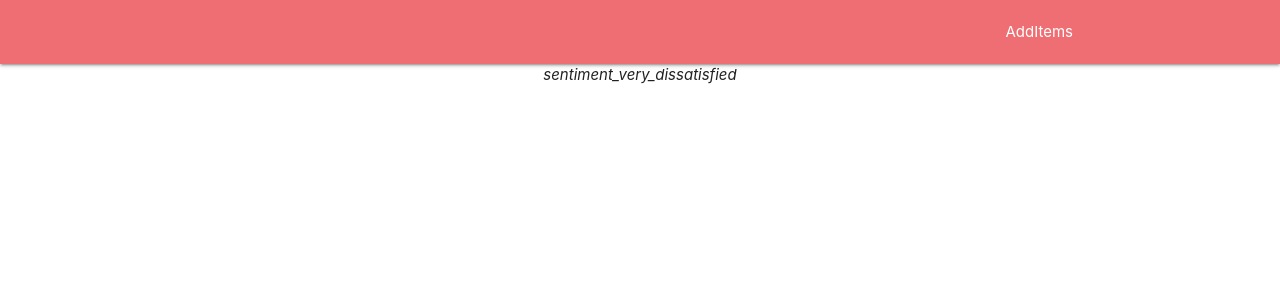
Repository: umarrg/crud-app-ejs-and-nodejs
Page: public/error.html
These files come from the project's save history. The page is drawn as it stood at one moment and after a run of saves; the edit follows.
The browser window is 1280 px wide. The pictures show the whole page.

Above is the page before, as saved 2020-12-29 12:05:24.

### public/error.html
<!DOCTYPE html>
<html lang="en">
<head>
    <meta charset="UTF-8">
    <meta name="viewport" content="width=device-width, initial-scale=1.0">
    <link rel="stylesheet" href="https://cdnjs.cloudflare.com/ajax/libs/materialize/1.0.0/css/materialize.min.css">
    <link href="https://fonts.googleapis.com/icon?family=Material+Icons" rel="stylesheet">
    <title></title>
</head>
<body>
    <nav>
        <div class="nav-wrapper container">
          <!-- <a href="#" class="brand-logo">Logo</a> -->
          <ul id="nav-mobile" class="right hide-on-med-and-down">
            <li><a href="http://localhost:9000/additem"> AddItems</a></li>

          </ul>
        </div>
      </nav>
      <div class="container center-align">
        <i class="material-icons">sentiment_very_dissatisfied</i>

      </div>

</body>
</html>

After the next 4 saves:
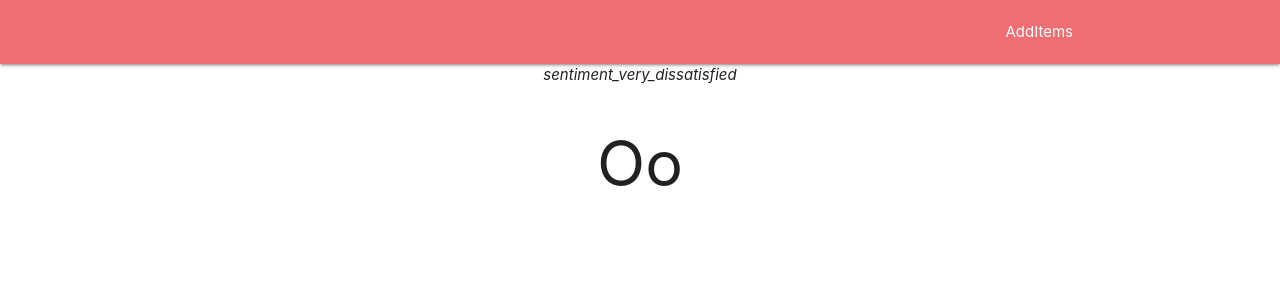
The 4 saves are shown as one change because they came seconds apart.
The last was saved 3 min 49 s later.
--- a/public/error.html
+++ b/public/error.html
@@ -19,6 +19,7 @@
       </nav>
       <div class="container center-align">
         <i class="material-icons">sentiment_very_dissatisfied</i>
+        <h1>Oo</h1>
 
       </div>
 
